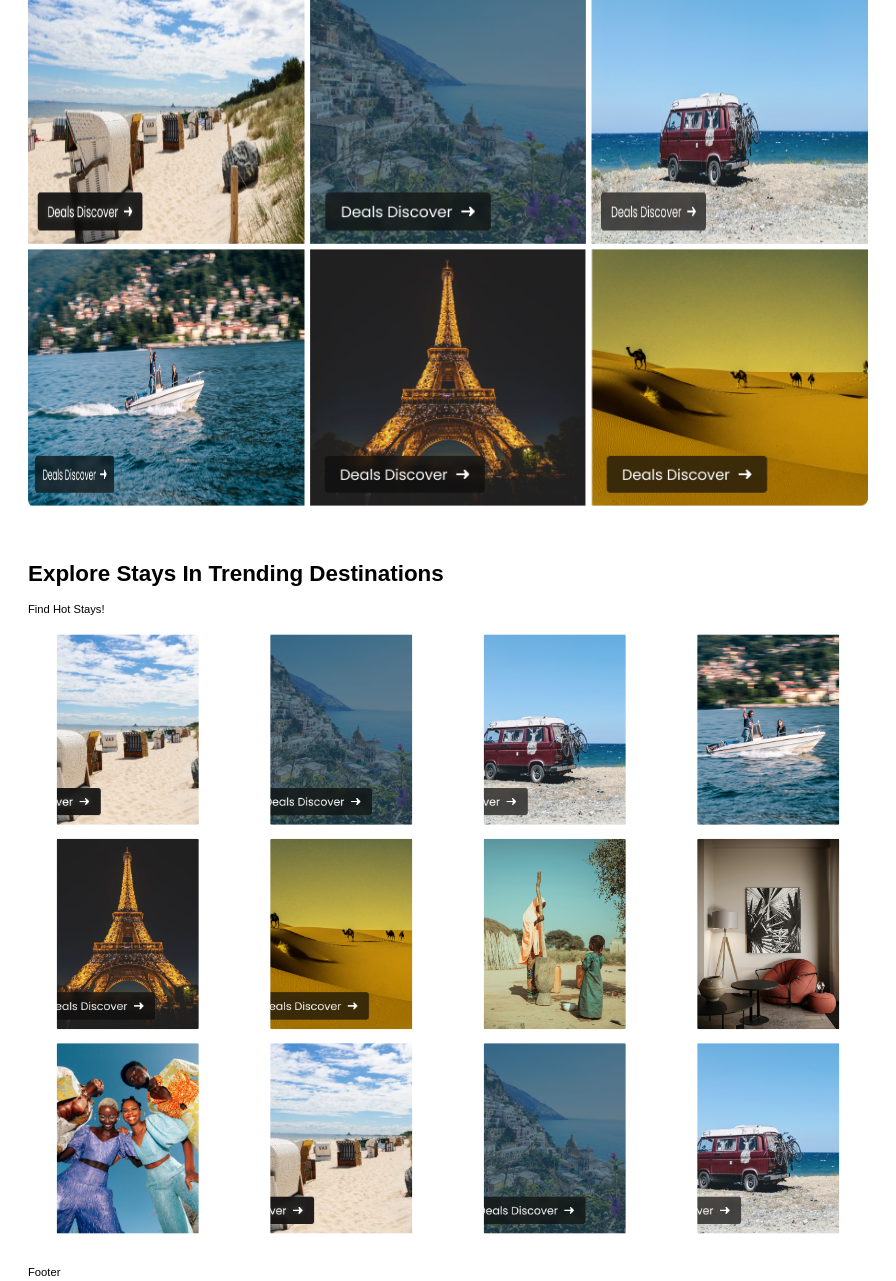
Repository: Quynhhuong150322/DIKO_STUDY_TRAVEL_WEB
Page: /
These files come from the project's save history. The page is drawn as it stood at one moment and after the next save; the edit follows.
The browser window is 1280 px wide. The pictures show the part of the page from y = 786 to 2706 px (the page is 2616 px tall before and 2706 px after), at 70% of full size.
The project was rebuilt for these pictures with package versions that can differ from the ones it lists, and the page was loaded fresh each time. Also part of the build but not shown: src/components/Login.js, src/components/Register.js. Imported but missing from the stored project, and not drawn on this page: src/redux/slices/authSlice.

Above is the page before, as saved 2024-02-23 11:19:09.

After the next save:
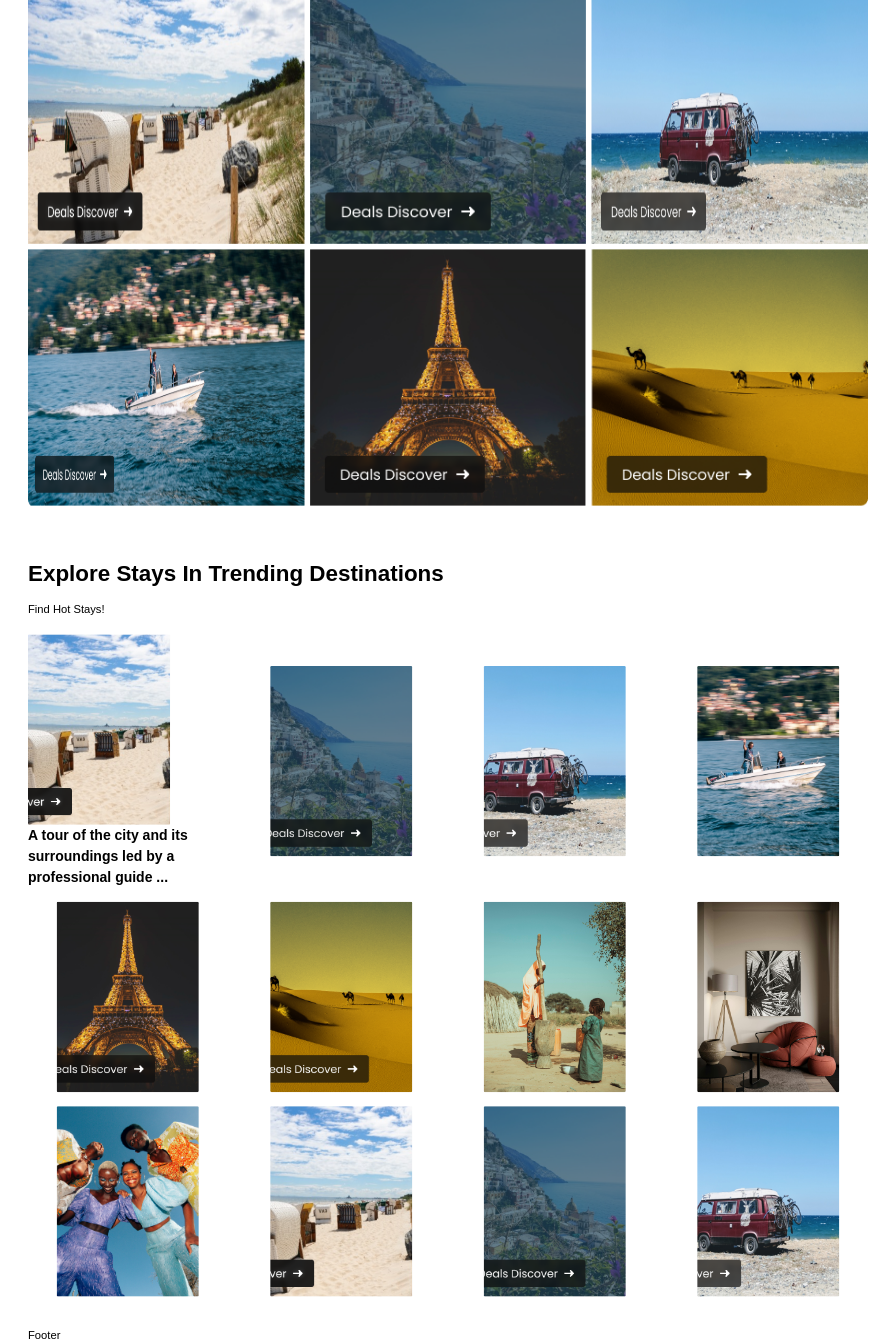
Saved 80 s later.
--- a/src/pages/LangdingPage/Langding.js
+++ b/src/pages/LangdingPage/Langding.js
@@ -247,7 +247,12 @@ const Langding = () => {
               <div className=''>
                 <img src={data.img} alt="" className='h-[272px] w-[203px] object-cover rounded-sm' />
                 <div className=''>
-
+                  <p className='text-xl font-semibold'>{data.title}</p>
+                  <p className='text-sm text-gray-500'>{data.color}</p>
+                  <div className='flex gap-2 items-center'>
+
+                    <p className='text-sm'>{data.rating}</p>
+                  </div>
                 </div>
               </div>
             ))
